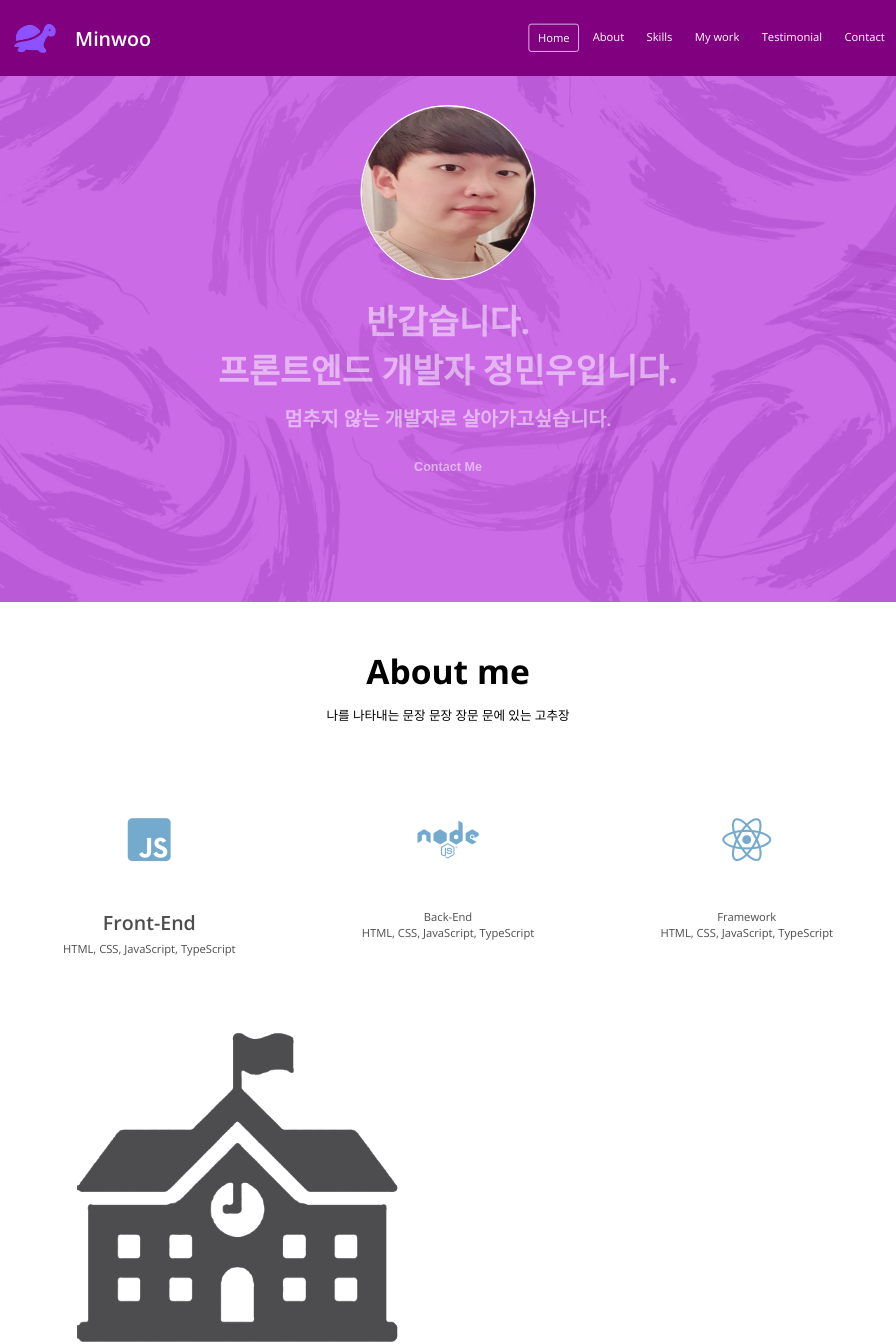
Repository: DevMinwoo-Jung/MinwooPortfolio
Page: index.html
An editor plug-in stored every save of this project. The page is shown before and after the next save, followed by the edit.
The browser window is 1280 px wide. The pictures show the part of the page from y = 0 to 1920 px (the page is 5419 px tall), at 70% of full size.

Above is the page before, as saved 2021-06-02 15:01:41.

After the next save:
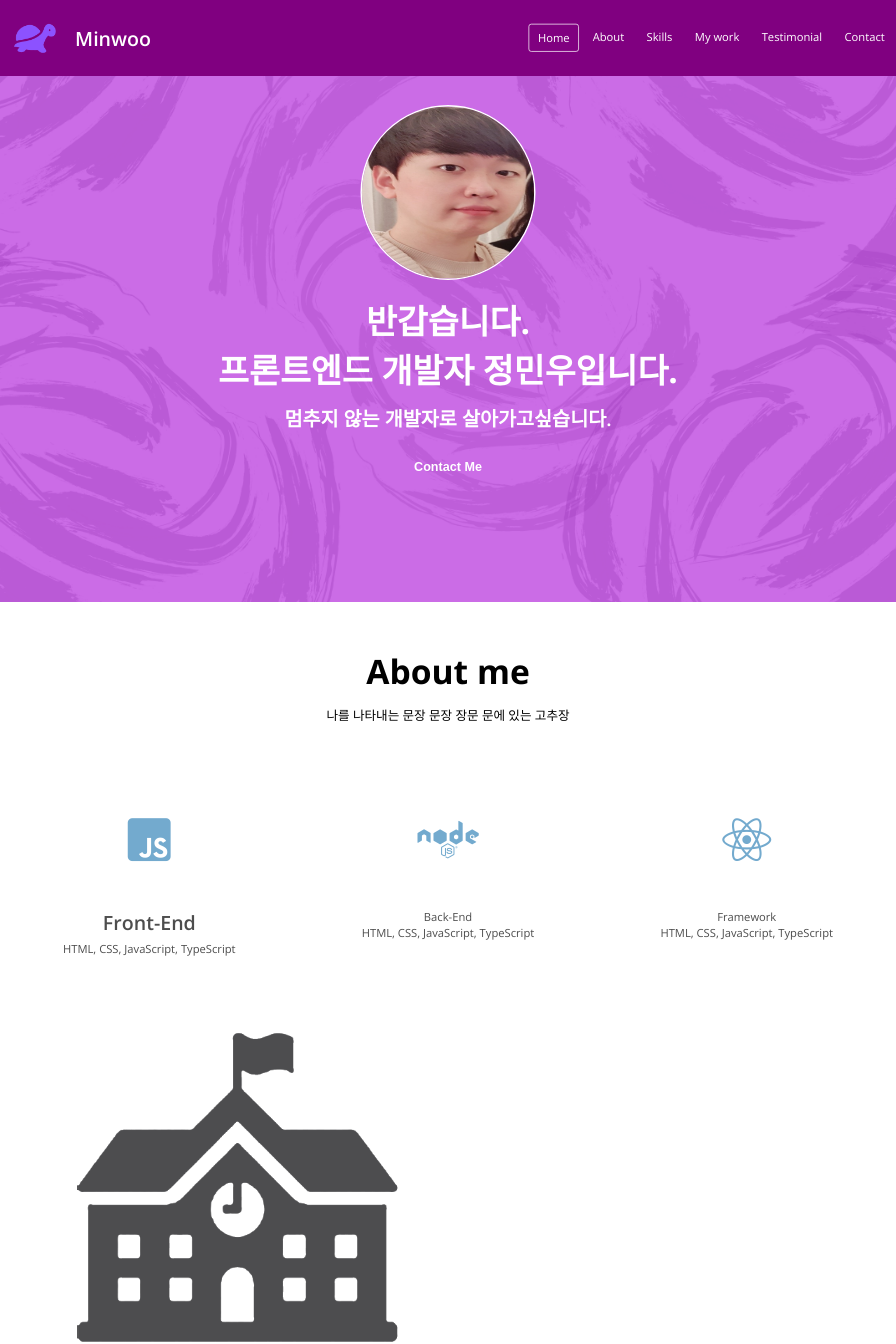
Saved 101 s later.
--- a/style.css
+++ b/style.css
@@ -165,10 +165,7 @@ button {
   text-align: center;
 }
 
-.home__fadeOut,
-.home__title,
-.home__description,
-.home__contact {
+.home__fadeOut {
   opacity: 0.5;
   transition: all calc(var(--animation-duration)) ease-in-out;
 }
